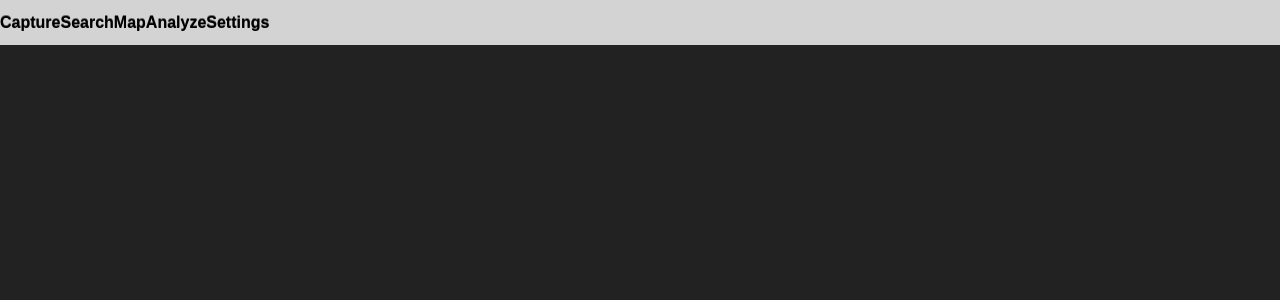
Repository: alightnin/WiFiGeolocator
Page: Final Project/WifiGeolocator/assets/www/index.html
An editor plug-in stored every save of this project. The page is shown before and after the next save, followed by the edit.
The browser window is 1280 px wide. The pictures show the whole page.

Above is the page before, as saved 2012-10-17 15:21:23.
Not found: Final Project/WifiGeolocator/assets/www/js/app.js

After the next save:
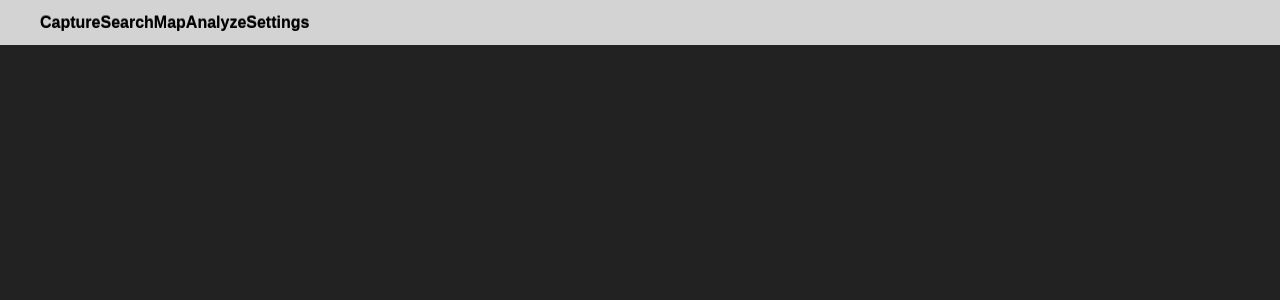
Saved 25 s later.
--- a/Final Project/WifiGeolocator/assets/www/css/geolocator.css
+++ b/Final Project/WifiGeolocator/assets/www/css/geolocator.css
@@ -61,12 +61,11 @@ h1{
 }
 #tab-bar{
     margin:0;
-    padding:0;
+    padding:3;
 }
 #tab-bar li {
     display: inline;
     float:left;
-	padding: 3;
 }
 #tab-bar a {
     color: #000000;
